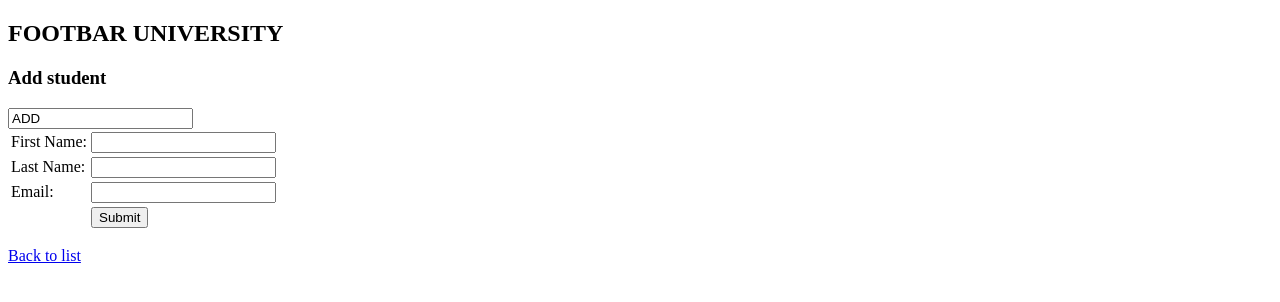
Repository: theslayer2964/Ahihihaha
Page: http://localhost/web_student_tracker/add-student-form.jsp
An editor plug-in stored every save of this project. The page is shown before and after the next save, followed by the edit.
The browser window is 1280 px wide. The pictures show the whole page.
The page is served by Tomcat 9. Other server files are loaded and not shown.

Above is the page before, as saved 2022-03-05 00:54:28.

### web_student_tracker/src/main/webapp/add-student-form.jsp
<%@ page language="java" contentType="text/html; charset=ISO-8859-1"
    pageEncoding="ISO-8859-1"%>
<!DOCTYPE html>
<html>
<head>
<meta charset="ISO-8859-1">
<title>Insert title here</title>
</head>
<body>
	<div id="wrapper">
        <div id="header">
            <h2>FOOTBAR UNIVERSITY</h2>
        </div>
    </div>
    <div id="container">
        <h3>Add student</h3>
        <form action="StudentControllerServlet" method="get">
            <input type="text" type="hidden" value="ADD">
            <table>
                <tbody>
                    <tr>
                        <td><label for="firstName">First Name:</label></td>
                        <td><input type="text" name="firstName"></td>
                    </tr>
                    <tr>
                        <td><label for="lastName">Last Name:</label></td>
                        <td><input type="text" name="lastName"></td>
                    </tr>
                    <tr>
                        <td><label>Email:</label></td>
                        <td><input type="text" name="email"></td>
                    </tr>
                    <tr>
                        <td><label for=""></label></td>
                        <td><input type="submit" name="save" class="save"></td>
                    </tr>
                </tbody>
            </table>
        </form>
        <div style="clear: both;"></div>
        <p>
            <a href="StudentControllerServlet">Back to list</a>
        </p>
    </div>

</body>
</html>

After the next save:
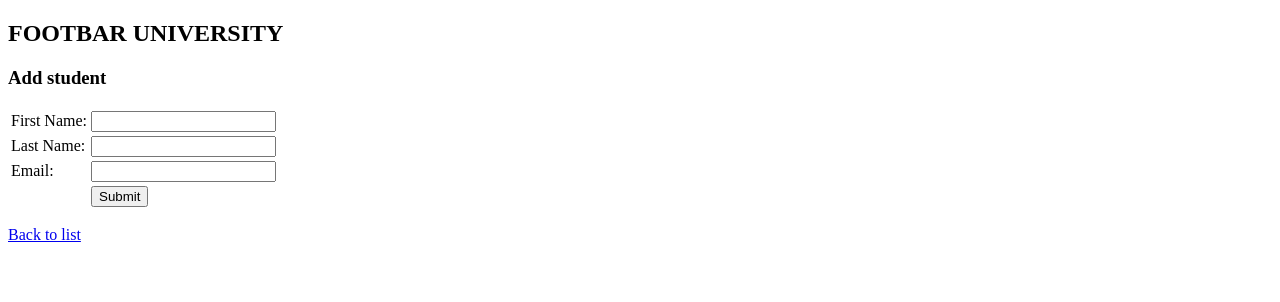
Saved 98 s later.
--- a/web_student_tracker/src/main/webapp/add-student-form.jsp
+++ b/web_student_tracker/src/main/webapp/add-student-form.jsp
@@ -15,7 +15,7 @@
     <div id="container">
         <h3>Add student</h3>
         <form action="StudentControllerServlet" method="get">
-            <input type="text" type="hidden" value="ADD">
+            <input type="hidden" name="command" value="ADD">
             <table>
                 <tbody>
                     <tr>
